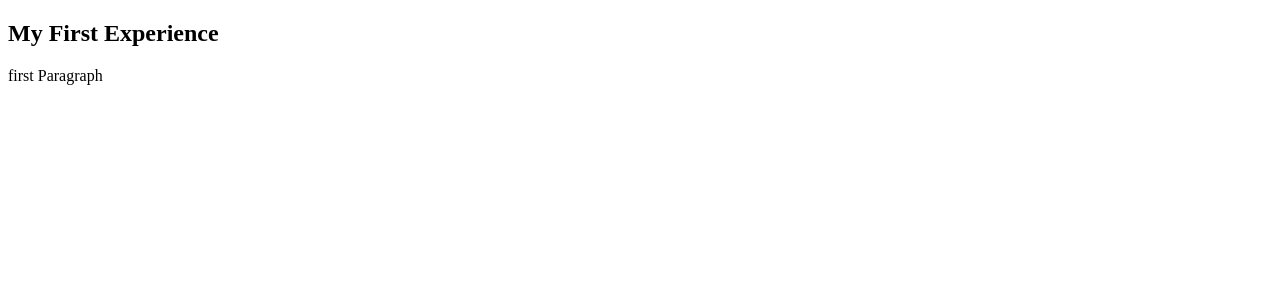
Repository: ajmatilda196/hello-world
Page: html/test.html
An editor plug-in stored every save of this project. The page is shown before and after the next save, followed by the edit.
The browser window is 1280 px wide. The pictures show the whole page.

Above is the page before, as saved 2023-02-11 19:31:39.

After the next save:
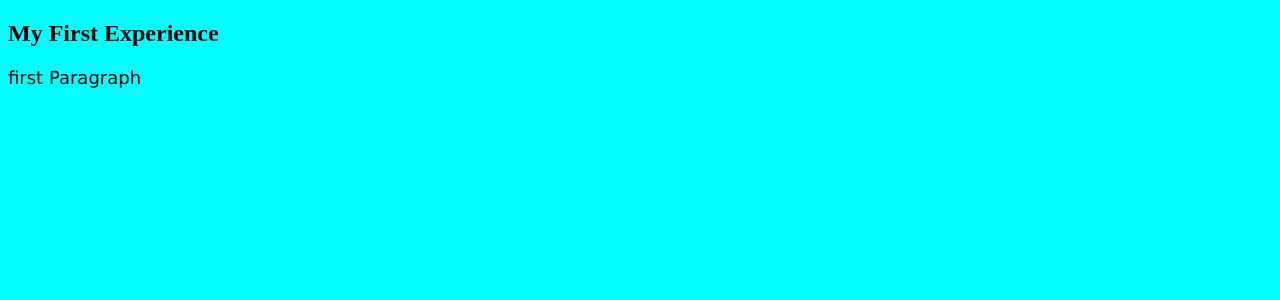
Saved 3 min 56 s later.
--- a/html/test.html
+++ b/html/test.html
@@ -1,6 +1,7 @@
 <!DOCTYPE html>
 <html lang="en">
 <head>
+    <link rel="stylesheet" type="text/css" href="style.css">
     <meta charset="UTF-8">
     <title>Jane</title>
 </head>
